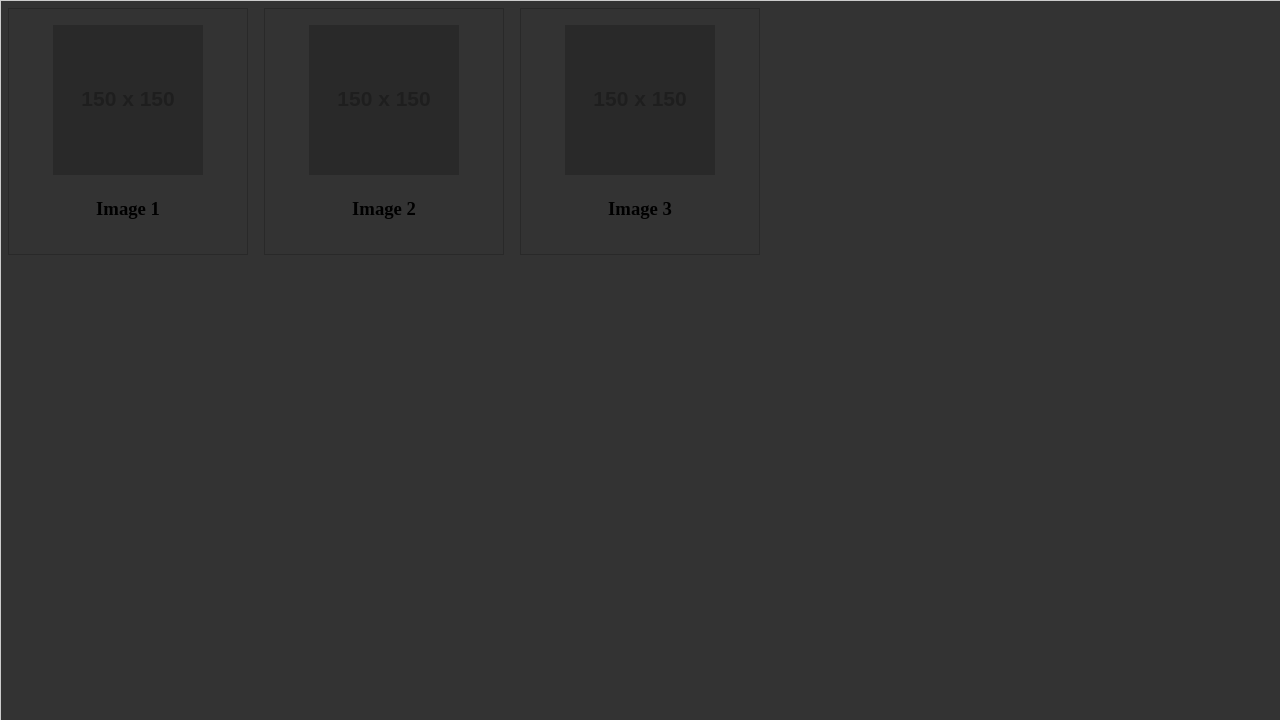
Repository: Jordybeer/wow
Page: /, after clicking the first element matching `div.card`
The author's editor kept a copy of each file at every save. The page is drawn from the files as they stood at one save, then again after the next save.
The browser window is 1280 px wide. The pictures show the whole page.
The project was rebuilt for these pictures with package versions that can differ from the ones it lists, and the page was loaded fresh each time. The framework's server and built-in components were replaced by stand-ins that run in the browser.

Above is the page before, as saved 2023-09-18 09:31:20.

### pages/_app.tsx
// pages/_app.tsx
import '../styles/styles.css';

function MyApp({ Component, pageProps }) {
  return <Component {...pageProps} />;
}

export default MyApp;

### pages/index.tsx
// pages/index.tsx
import React, { useState } from 'react';
import CardGrid from '../components/CardGrid';
import ExpandedCard from '../components/ExpandedCard';

const Home = () => {
  const [selectedCard, setSelectedCard] = useState(null);

  return (
    <div>
      <CardGrid setSelectedCard={setSelectedCard} />
      {selectedCard && (
        <ExpandedCard data={selectedCard} setSelectedCard={setSelectedCard} />
      )}
    </div>
  );
};

export default Home;

### styles/styles.css
/* styles/styles.css */
.grid {
  display: grid;
  grid-template-columns: repeat(auto-fill, minmax(200px, 1fr));
  gap: 16px;
}

.card, .expanded-card {
  border: 1px solid #ccc;
  padding: 16px;
  text-align: center;
  transition: all 0.3s ease-in-out;
}

.expanded-card {
  position: fixed;
  top: 0;
  left: 0;
  width: 100%;
  height: 100%;
  background-color: rgba(0, 0, 0, 0.8);
  z-index: 1000;
}

.slideshow {
  width: 100%;
  height: 50%;
  overflow: hidden;
}

.description {
  padding: 16px;
}

### components/CardGrid.tsx
// components/CardGrid.tsx
import React from 'react';
import Card from './Card';

const CardGrid = ({ setSelectedCard }) => {
  const data = [
    { img: 'https://via.placeholder.com/150', title: 'Image 1' },
    { img: 'https://via.placeholder.com/150', title: 'Image 2' },
    { img: 'https://via.placeholder.com/150', title: 'Image 3' },
    // ... more data
  ];

  return (
    <div className="grid">
      {data.map((item, index) => (
        <Card key={index} data={item} setSelectedCard={setSelectedCard} />
      ))}
    </div>
  );
};

export default CardGrid;

### components/ExpandedCard.tsx
// components/ExpandedCard.tsx
import { motion, AnimatePresence } from 'framer-motion';

const ExpandedCard = ({ data, setSelectedCard }) => {
  return (
    <AnimatePresence>
      <motion.div
        className="expanded-card"
        initial={{ opacity: 0 }}
        animate={{ opacity: 1 }}
        exit={{ opacity: 0 }}
        onClick={() => setSelectedCard(null)}
      >
        {/* Your slideshow and description here */}
      </motion.div>
    </AnimatePresence>
  );
};

export default ExpandedCard;

### components/Card.tsx
// components/Card.tsx
import { motion } from 'framer-motion';

const Card = ({ data, setSelectedCard }) => {
  return (
    <motion.div
      className="card"
      whileHover={{ scale: 1.1 }}
      whileTap={{ scale: 0.9 }}
      onClick={() => setSelectedCard(data)}
    >
      <img src={data.img} alt={data.title} />
      <h3>{data.title}</h3>
    </motion.div>
  );
};

export default Card;

After the next save:
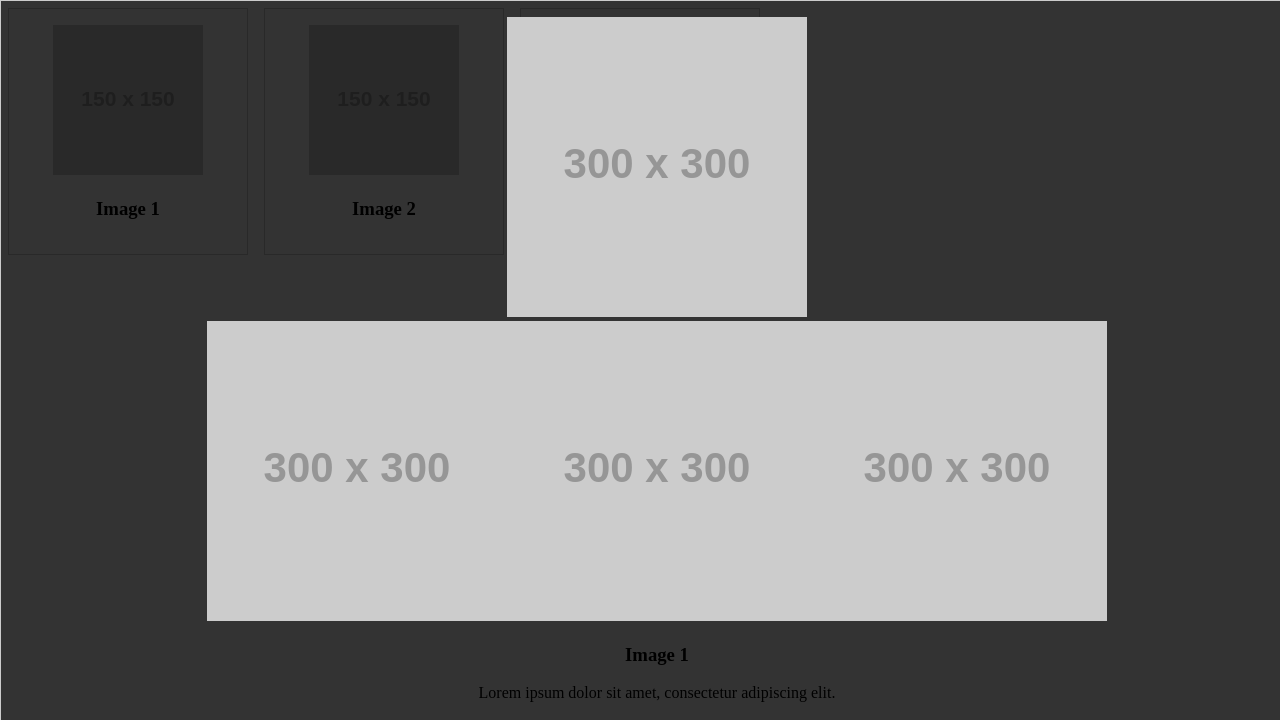
Saved 4 min 56 s later.
--- a/components/ExpandedCard.tsx
+++ b/components/ExpandedCard.tsx
@@ -1,7 +1,22 @@
 // components/ExpandedCard.tsx
+import React, { useState, useEffect } from 'react';
 import { motion, AnimatePresence } from 'framer-motion';
 
 const ExpandedCard = ({ data, setSelectedCard }) => {
+  const [currentSlide, setCurrentSlide] = useState(0);
+  const images = [
+    'https://via.placeholder.com/300',
+    'https://via.placeholder.com/300',
+    'https://via.placeholder.com/300',
+  ];
+
+  useEffect(() => {
+    const timer = setTimeout(() => {
+      setCurrentSlide((prevSlide) => (prevSlide + 1) % images.length);
+    }, 3000);
+    return () => clearTimeout(timer);
+  }, [currentSlide]);
+
   return (
     <AnimatePresence>
       <motion.div
@@ -11,7 +26,25 @@ const ExpandedCard = ({ data, setSelectedCard }) => {
         exit={{ opacity: 0 }}
         onClick={() => setSelectedCard(null)}
       >
-        {/* Your slideshow and description here */}
+        <div className="top-half">
+          <div className="carousel">
+            <img src={images[currentSlide]} alt={`Slide ${currentSlide + 1}`} />
+          </div>
+          <div className="thumbnails">
+            {images.map((img, index) => (
+              <img
+                key={index}
+                src={img}
+                alt={`Thumbnail ${index + 1}`}
+                onClick={() => setCurrentSlide(index)}
+              />
+            ))}
+          </div>
+        </div>
+        <div className="bottom-half">
+          <h3>{data.title}</h3>
+          <p>Lorem ipsum dolor sit amet, consectetur adipiscing elit.</p>
+        </div>
       </motion.div>
     </AnimatePresence>
   );
